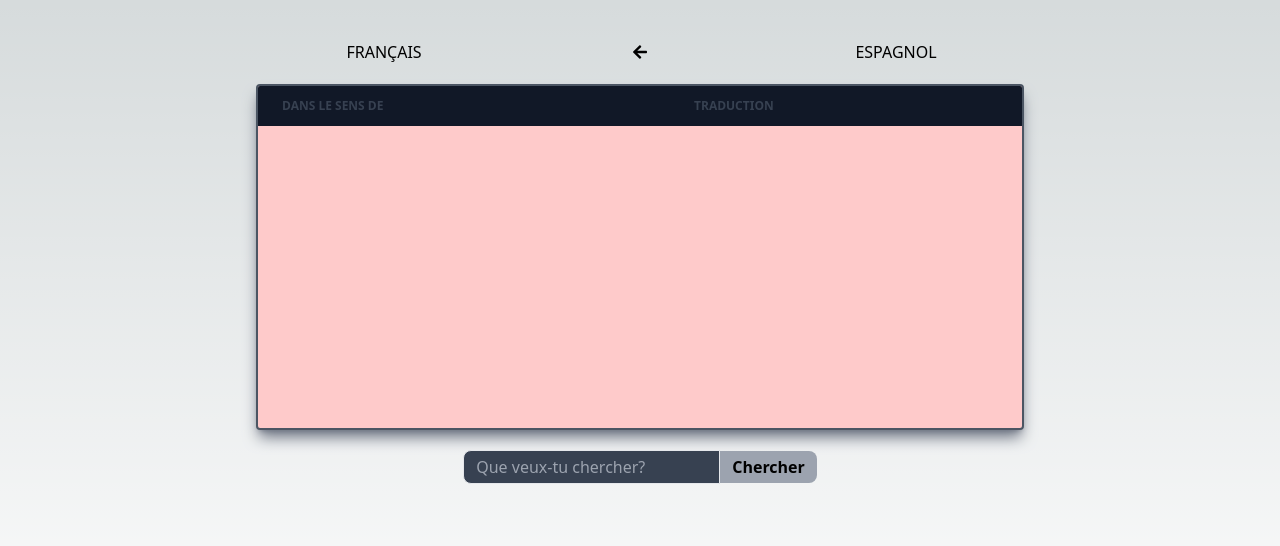
Repository: All-Khwarizmi/Dico
Page: /
These files come from the project's save history. The page is drawn as it stood at one moment and after the next save; the edit follows.
The browser window is 1280 px wide. The pictures show the whole page.
The project was rebuilt for these pictures with package versions that can differ from the ones it lists, and the page was loaded fresh each time. The framework's server and built-in components were replaced by stand-ins that run in the browser. Also part of the build but not shown: next.config.js, vite.config.ts.

Above is the page before, as saved 2023-02-17 18:33:32.

### src/app/page.tsx
'use client';
import Image from 'next/image';
import { Inter } from '@next/font/google';
import { FaArrowLeft } from 'react-icons/fa';
import { BsArrowRight } from 'react-icons/bs';
import { FaArrowRight } from 'react-icons/fa';
import EspModal from '@/components/EspModal';
import DicoModal from '@/components/DicoModal';

const inter = Inter({ subsets: ['latin'] });
import parse from 'html-react-parser';
import { useState } from 'react';
import Link from 'next/link';

type Trad = {
  source: string;
  target: string;
};
type Translations = Array<Trad>;
interface TranslationsFetch {
  translations: Array<Trad>;
}
export default function Home() {
  const [word, setWord] = useState<string>('');
  const [isFr, setIsFR] = useState<Boolean>(false);
  const [translations, setTranslations] = useState<Translations>([]);

  const submitWord = (e: React.FormEvent<HTMLFormElement>) => {
    e.preventDefault();
    let check = word.split(' ').length;
    console.log('Submitting', check);
    if (check > 1) {
      return window.alert('1 mot à la fois');
    }
    if (isFr) return fetchDico(word).catch((err) => console.log(err));
    fetchDicoEsp(word).catch((err) => console.log(err));
  };

  const inputWord = (e: React.ChangeEvent<HTMLInputElement>) => {
    return setWord(e.target.value);
  };

  const fetchDico = async (word: string): Promise<void> => {
    console.log('Fetching..');
    const url = 'https://dico-ochre.vercel.app/api/dico';
    const options: RequestInit = {
      method: 'POST',
      headers: {
        'Content-Type': 'text/plain;charset=UTF-8',
      },
      body: JSON.stringify(word),
    };
    const res = await fetch(url, options);
    // eslint-disable-next-line @typescript-eslint/no-unsafe-assignment
    const data = await res.json();
    console.log('Data: ', data);
    // eslint-disable-next-line @typescript-eslint/no-unsafe-assignment
    const { translations }: TranslationsFetch = data;
    setTranslations(translations);
    setWord('');
  };
  const fetchDicoEsp = async (word: string): Promise<void> => {
    console.log('Fetching..');
    const url = 'https://dico-ochre.vercel.app/api/esp';
    const options: RequestInit = {
      method: 'POST',
      headers: {
        'Content-Type': 'text/plain;charset=UTF-8',
      },
      body: JSON.stringify(word),
    };
    const res = await fetch(url, options);
    // eslint-disable-next-line @typescript-eslint/no-unsafe-assignment
    const data = await res.json();
    console.log('Data: ', data);
    // eslint-disable-next-line @typescript-eslint/no-unsafe-assignment
    const { translations }: TranslationsFetch = data;
    setTranslations(translations);
    setWord('');
  };
  return (
    <main className='h-screen w-screen'>
      <div className='grid place-items-center pt-5 '>
        {isFr ? (
          <div className='grid w-[60%] grid-cols-3  place-items-center  '>
            <button onClick={() => setIsFR(!isFr)}>
              <h1 className='py-5 text-center uppercase text-1xl'>Français</h1>
            </button>
            <button onClick={() => setIsFR(!isFr)}>
              <FaArrowRight />
            </button>
            <button onClick={() => setIsFR(!isFr)}>
              <h1 className='py-5 text-center uppercase text-1xl'>Espagnol</h1>
            </button>
          </div>
        ) : (
          <div className='grid w-[60%] grid-cols-3  place-items-center  '>
            <button onClick={() => setIsFR(!isFr)}>
              <h1 className='py-5 text-center uppercase text-1xl'>Français</h1>
            </button>
            <button onClick={() => setIsFR(!isFr)}>
              <FaArrowLeft />
            </button>
            <button onClick={() => setIsFR(!isFr)}>
              <h1 className='py-5 text-center uppercase text-1xl'>Espagnol</h1>
            </button>
          </div>
        )}
      </div>
      <div className='flex h-[80%] flex-col  items-center gap-5'>
        <div className=' h-[60%] max-h-[80%] w-[60%] overflow-scroll rounded border-2 border-solid border-gray-600 shadow-lg shadow-gray-500 bg-red-200'>
          <div className='text-black '>
            <div className=''>
              <table className='  relative w-full text-left text-sm text-gray-500 dark:text-gray-400'>
                <thead className='  sticky top-0 bg-gray-900 text-xs uppercase text-gray-700 '>
                  <tr>
                    <th scope='col' className='px-6 dark:text-white py-3 '>
                      Dans le sens de
                    </th>
                    <th scope='col' className='px-6 dark:text-white py-3 '>
                      Traduction
                    </th>
                  </tr>
                </thead>
                <tbody className='bg-gray-800'>
                  {translations?.map((trad: Trad, index) => {
                    return (
                      <tr
                        className='border-b bg-white dark:border-gray-700 dark:bg-gray-800'
                        key={index}
                      >
                        <td className='px-6 py-4'> {parse(trad?.source)}</td>
                        <th
                          scope='row'
                          className='whitespace-nowrap px-6 py-4 font-medium text-gray-900 dark:text-white'
                        >
                          {parse(trad?.target)}
                        </th>
                      </tr>
                    );
                  })}
                </tbody>
              </table>
            </div>
          </div>
        </div>
        <form className='text-black' onSubmit={(e) => submitWord(e)}>
          <input
            onChange={(event) => inputWord(event)}
            value={word}
            placeholder='Que veux-tu chercher?'
            className='rounded-lg border dark:text-white border-1 bg-gray-700 rounded-r-none px-3 py-1'
            type='text'
            name='word'
            id='word'
          />
          <button
            className='rounded-lg rounded-l-none bg-gray-400 dark:text-white font-bold dark:bg-purple-900 px-3 py-1 dark:py-1.5'
            type='submit'
          >
            Chercher
          </button>
        </form>
      </div>
    </main>
  );
}

Loaded but not shown: src/app/layout.tsx (common file); src/app/globals.css (common file); tailwind.config.js (common file)

After the next save:
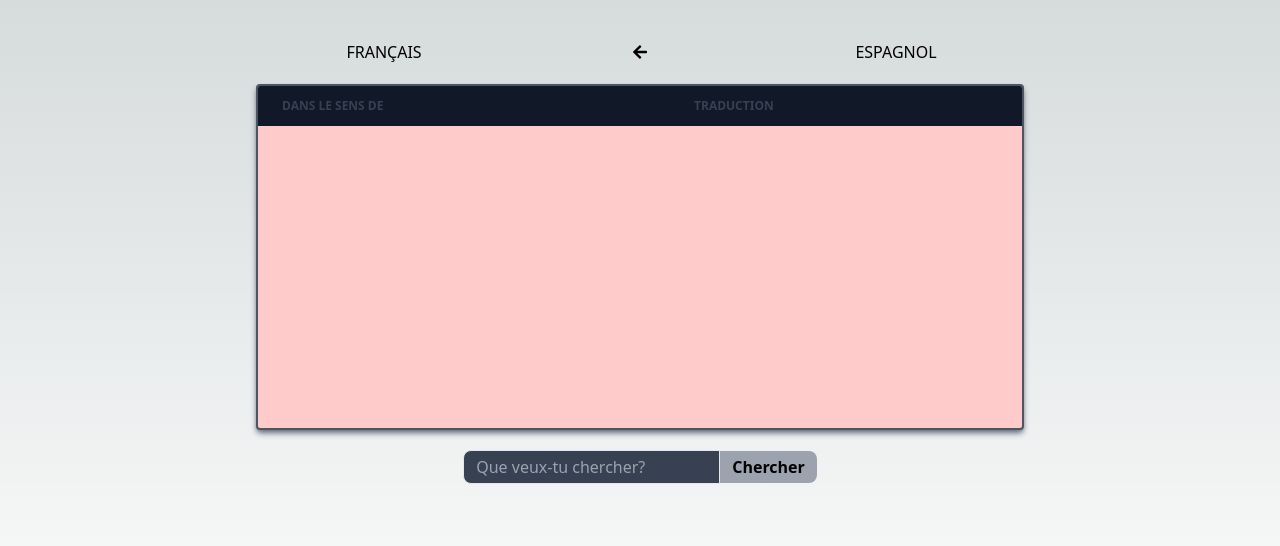
Saved 16 s later.
--- a/src/app/page.tsx
+++ b/src/app/page.tsx
@@ -108,7 +108,7 @@ export default function Home() {
         )}
       </div>
       <div className='flex h-[80%] flex-col  items-center gap-5'>
-        <div className=' h-[60%] max-h-[80%] w-[60%] overflow-scroll rounded border-2 border-solid border-gray-600 shadow-lg shadow-gray-500 bg-red-200'>
+        <div className=' h-[60%] max-h-[80%] w-[60%] overflow-scroll rounded border-2 border-solid border-gray-600 shadow-md shadow-gray-500 bg-red-200'>
           <div className='text-black '>
             <div className=''>
               <table className='  relative w-full text-left text-sm text-gray-500 dark:text-gray-400'>
